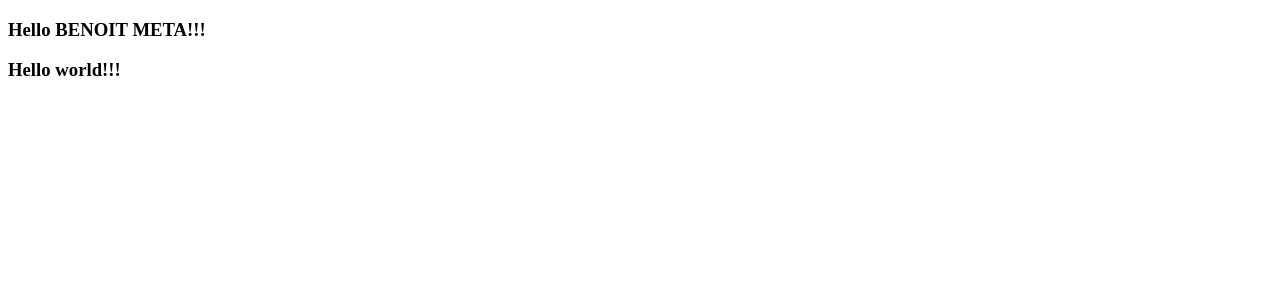
Repository: gmonte/benoit-first-react-app
Page: /
The author's editor kept a copy of each file at every save. The page is drawn from the files as they stood at one save, then again after the next save.
The browser window is 1280 px wide. The pictures show the whole page.
The project was rebuilt for these pictures with package versions that can differ from the ones it lists, and the page was loaded fresh each time.

Above is the page before, as saved 2019-10-17 11:41:13.

After the next save:
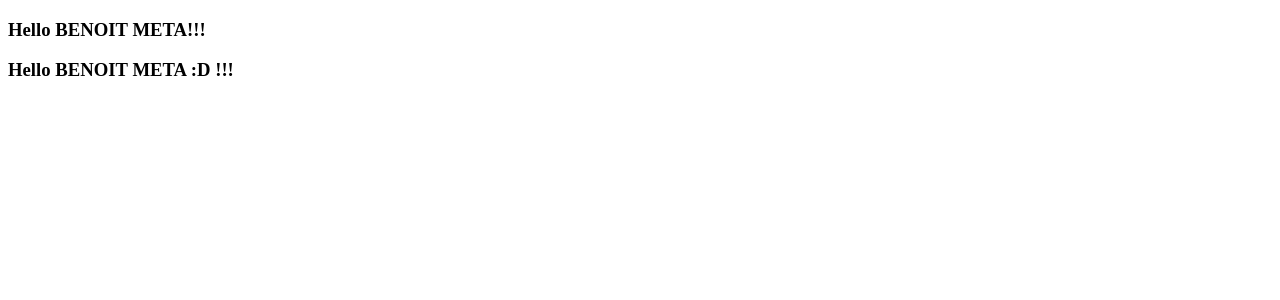
Saved 111 s later.
--- a/src/App.js
+++ b/src/App.js
@@ -13,7 +13,7 @@
   return (
     <div>
       <HelloWorld name={name} />
-      <HelloWorld />
+      <HelloWorld name={`${ name } :D `} />
     </div>
   );
 }
